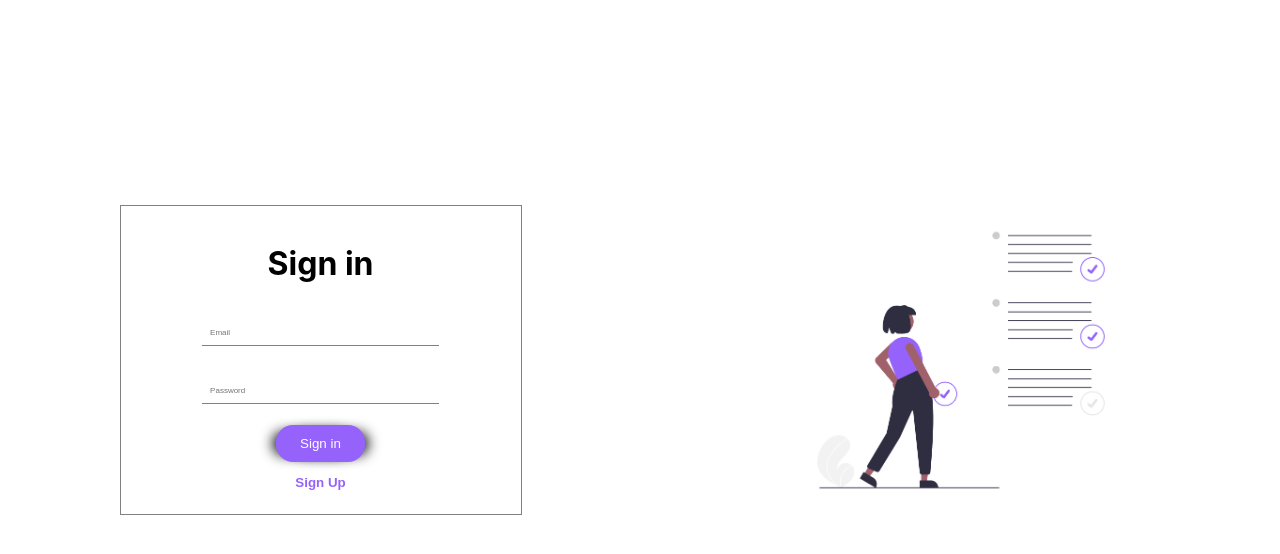
Repository: EEOOOO/wanted-pre-onboarding-fe
Page: / (app in to-do-list-app/)
The author's editor kept a copy of each file at every save. The page is drawn from the files as they stood at one save, then again after the next save.
The browser window is 1280 px wide. The pictures show the whole page.
The project was rebuilt for these pictures with package versions that can differ from the ones it lists, and the page was loaded fresh each time. Also part of the build but not shown: to-do-list-app/src/components/sign_up/sign_up.module.css, to-do-list-app/src/components/sign_up/sign_up.jsx, to-do-list-app/src/components/todoList/todo_list.jsx.

Above is the page before, as saved 2022-08-22 00:33:03.

### to-do-list-app/public/index.html
<!DOCTYPE html>
<html lang="en">
  <head>
    <meta charset="utf-8" />
    <link rel="icon" href="%PUBLIC_URL%/logo.png" />
    <meta name="viewport" content="width=device-width, initial-scale=1" />
    <meta name="theme-color" content="#000000" />
    <meta
      name="description"
      content="Web site created using create-react-app"
    />
    <link rel="apple-touch-icon" href="%PUBLIC_URL%/logo.png" />
    <link rel="manifest" href="%PUBLIC_URL%/manifest.json" />
    <title>Todo List App</title>
  </head>
  <body>
    <div id="root"></div>
  </body>
</html>

### to-do-list-app/src/App.js
import style from './app.module.css';
import { Routes, Route } from 'react-router-dom'
import Login from './components/login/login';
import TodoList from './components/todoList/todo_list';

function App() {
  return <div className={style.App}>
    <Routes>
      <Route path="/" element={<Login/>}></Route>
      <Route path="todo" element={<TodoList/>}></Route>
    </Routes>
  </div>
}

export default App;

### to-do-list-app/src/components/login/login.jsx
import React, { useState } from 'react';
import SignIn from '../sign_in/sign_in';
import SignUp from '../sign_up/sign_up';
import style from '../login/login.module.css';
import loginImage from '../login/login_img.png';

const Login = (props) => {
    const goTosignUp = () => {
        setViewableScreen(<SignUp/>)
    }
    const signIn = <SignIn goToSignUp={goTosignUp}/>
    let [viewableScreen, setViewableScreen] = useState(signIn);
    return (
        <div className={style.login}>
            <div className={style.inputContainer}>{viewableScreen}</div>
            <img src={loginImage} className={style.coverImage}/>
        </div>
    )
}

export default Login;

### to-do-list-app/src/components/sign_in/sign_in.jsx
import React from 'react';
import LoginInputForm from '../login_input_form/login_input_form';
import style from '../sign_in/sign_in.module.css'

const SignIn = ({goToSignUp}) => {
    const handleSignInSubmit = (event) => {
        //event.preventDefault();
        console.log(event);
    }
    return(
        <div className={style.signIn}>
            <h1>Sign in</h1>
            <LoginInputForm handleSubmit={handleSignInSubmit} submitContent={'Sign in'}/>
            <button className={style.signUpButton} onClick={goToSignUp}>Sign Up</button>
        </div>
    )
}

export default SignIn;

### to-do-list-app/src/components/login/login.module.css
.login {
  display: flex;
  height: 100vh;
  justify-content: space-around;
  align-items: center;
}
.inputContainer {
  width: 50%;
  border: 1px solid gray;
  min-width: 235px;
  max-width: 400px;
}
.coverImage {
  width: 50%;
  min-width: 235px;
  max-width: 400px;
}

### to-do-list-app/src/components/login_input_form/login_input_form.jsx
import React from 'react';
import style from '../login_input_form/login_input_form.module.css';
const LoginInputForm = ({handleSubmit, submitContent}) => {
    return (
    <form className={style.inputForm} onSubmit={handleSubmit}>
        <div className={style.email}>
            <input
            type="text"
            className={style.inputEmail}
            placeholder='Email'></input>
        </div>
        <div className={style.password}>
            <input
            type="text"
            className={style.inputPassWord}
            placeholder='Password'></input>
        </div>
        <button type="submit" className={style.submitButton}>{submitContent}</button>
    </form>
    );
};

export default LoginInputForm;

### to-do-list-app/src/components/sign_in/sign_in.module.css
.signIn {
  padding: 1rem;
}
.signUpButton {
  background-color: transparent;
  border: none;
  padding: 0.5rem;
  color: rgb(149, 99, 251);
  font-weight: 600;
}

### to-do-list-app/src/components/login_input_form/login_input_form.module.css
.email,
.password {
  display: flex;
  flex-direction: column;
  align-items: center;
}
input {
  width: 60%;
  font-size: 0.5rem;
  padding: 0.5rem;
  margin: 1rem;
  border: none;
  border-bottom: 0.5px solid gray;
}
.submitButton {
  background-color: rgb(149, 99, 251);
  color: white;
  border: none;
  padding: 0.7rem 1.5rem;
  border-radius: 17px;
  margin: 0.3rem;
  -webkit-box-shadow: -10px 0px 13px -7px #000000, 10px 0px 13px -7px #000000,
    5px 5px 15px 5px rgba(149, 99, 251, 0);
  box-shadow: -10px 0px 13px -7px #000000, 10px 0px 13px -7px #000000,
    5px 5px 15px 5px rgba(149, 99, 251, 0);
}

Loaded but not shown: to-do-list-app/src/index.js (common file); to-do-list-app/src/index.css (common file); to-do-list-app/src/reportWebVitals.js (common file); to-do-list-app/src/app.module.css (common file)

After the next save:
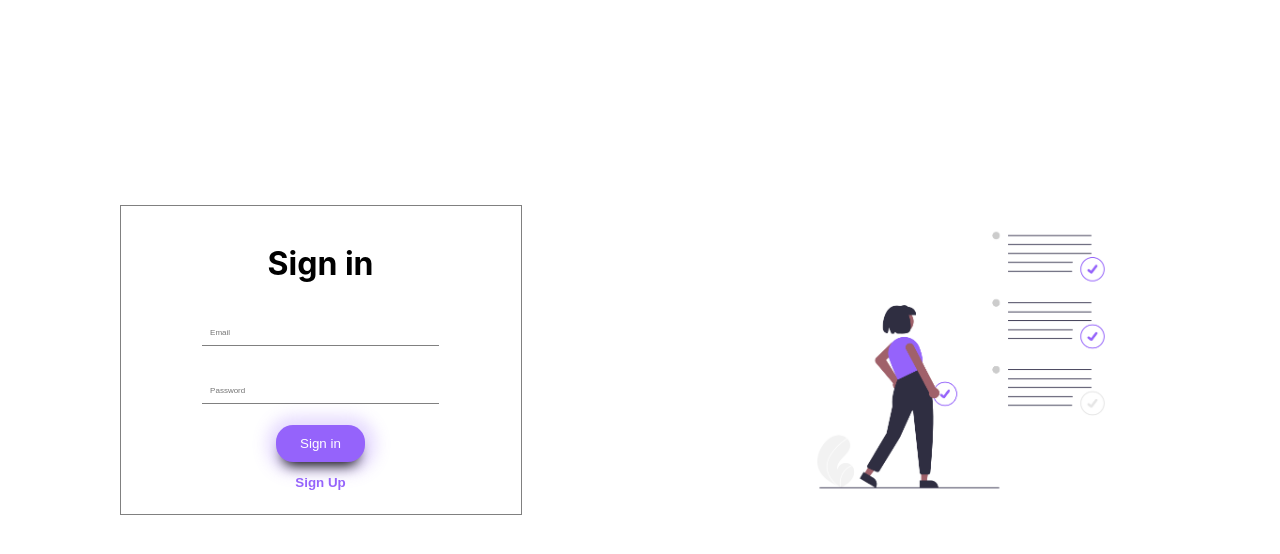
Saved 2 min 46 s later.
--- a/to-do-list-app/src/components/login_input_form/login_input_form.module.css
+++ b/to-do-list-app/src/components/login_input_form/login_input_form.module.css
@@ -19,8 +19,8 @@ input {
   padding: 0.7rem 1.5rem;
   border-radius: 17px;
   margin: 0.3rem;
-  -webkit-box-shadow: -10px 0px 13px -7px #000000, 10px 0px 13px -7px #000000,
-    5px 5px 15px 5px rgba(149, 99, 251, 0);
-  box-shadow: -10px 0px 13px -7px #000000, 10px 0px 13px -7px #000000,
-    5px 5px 15px 5px rgba(149, 99, 251, 0);
+  -webkit-box-shadow: 0px 10px 13px -7px #000000,
+    1px 1px 15px 10px rgba(149, 99, 251, 0.23);
+  box-shadow: 0px 10px 13px -7px #000000,
+    1px 1px 15px 10px rgba(149, 99, 251, 0.23);
 }
